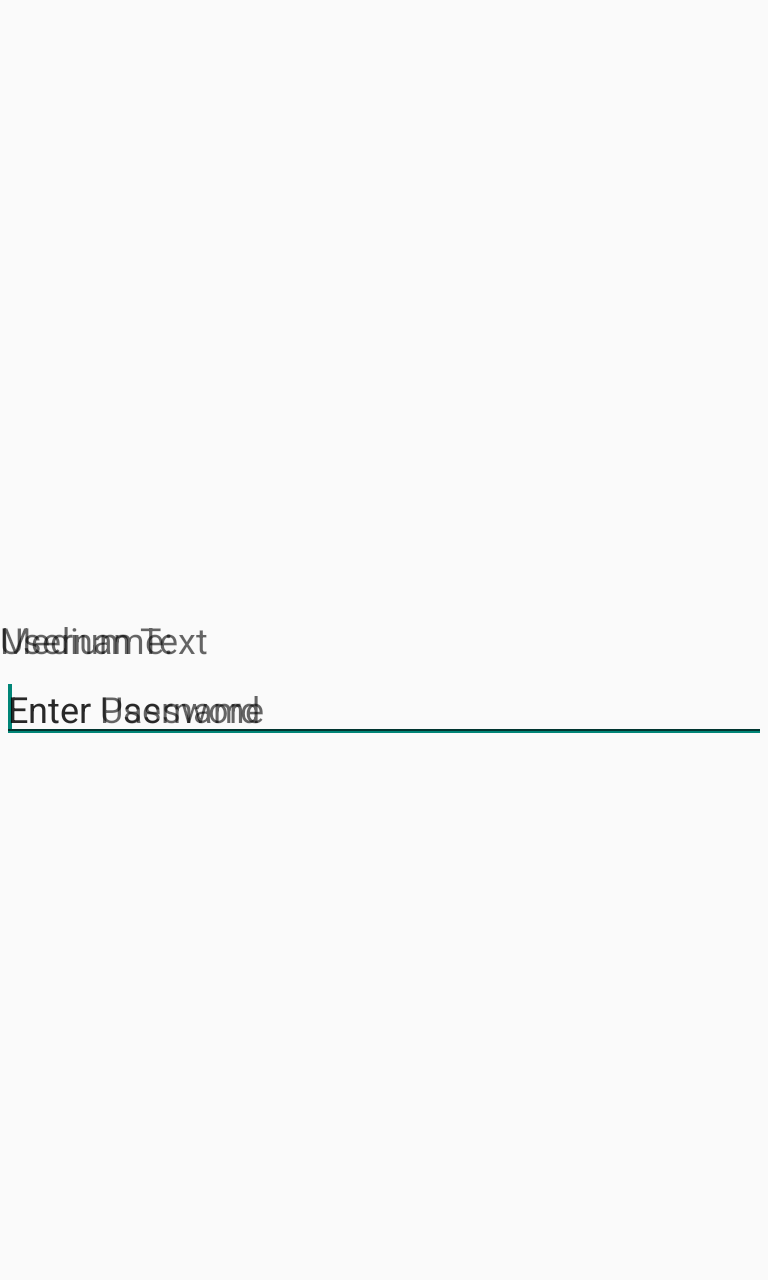
Repository: japheth-starita/DoorLockSystem
Layout: DoorLockSystem/res/layout/activity_login_device_man.xml
An editor plug-in stored every save of this project. The layout is shown before and after the next save, followed by the edit.
It is drawn on a 768 x 1280 px phone screen (xhdpi) without system bars, with theme AppTheme; the app's code is not run.

Above is the layout before, as saved 2015-11-20 12:43:06.

### DoorLockSystem/res/layout/activity_login_device_man.xml
<?xml version="1.0" encoding="utf-8"?>
<RelativeLayout xmlns:android="http://schemas.android.com/apk/res/android"
    android:layout_width="match_parent"
    android:layout_height="match_parent"
    android:orientation="vertical" >

    <TextView
        android:id="@+id/Username"
        android:layout_above="@+id/user"
        android:layout_width="wrap_content"
        android:layout_height="wrap_content"
        android:text="Username: "
        android:textAppearance="?android:attr/textAppearanceMedium" />

    <EditText
        android:id="@+id/user"
        android:layout_below="@+id/Password"
        android:layout_width="match_parent"
        android:layout_height="wrap_content"
        android:ems="10"
        android:hint="Enter Username">
        <requestFocus/>
    </EditText>

    <TextView
        android:id="@+id/Password"
        android:layout_centerVertical="true"
        android:layout_width="wrap_content"
        android:layout_height="wrap_content"
        android:text="Medium Text"
        android:textAppearance="?android:attr/textAppearanceMedium" />

    <EditText
        android:id="@+id/pw"
        android:layout_below="@+id/Password"
        android:layout_width="match_parent"
        android:layout_height="wrap_content"
        android:ems="10"
        android:inputType="textPassword"
        android:hint="Enter Password" />

</RelativeLayout>

Loaded but not shown: DoorLockSystem/res/values/styles.xml (common file); DoorLockSystem/res/values-v11/styles.xml (common file); DoorLockSystem/res/values-v14/styles.xml (common file)

After the next save:
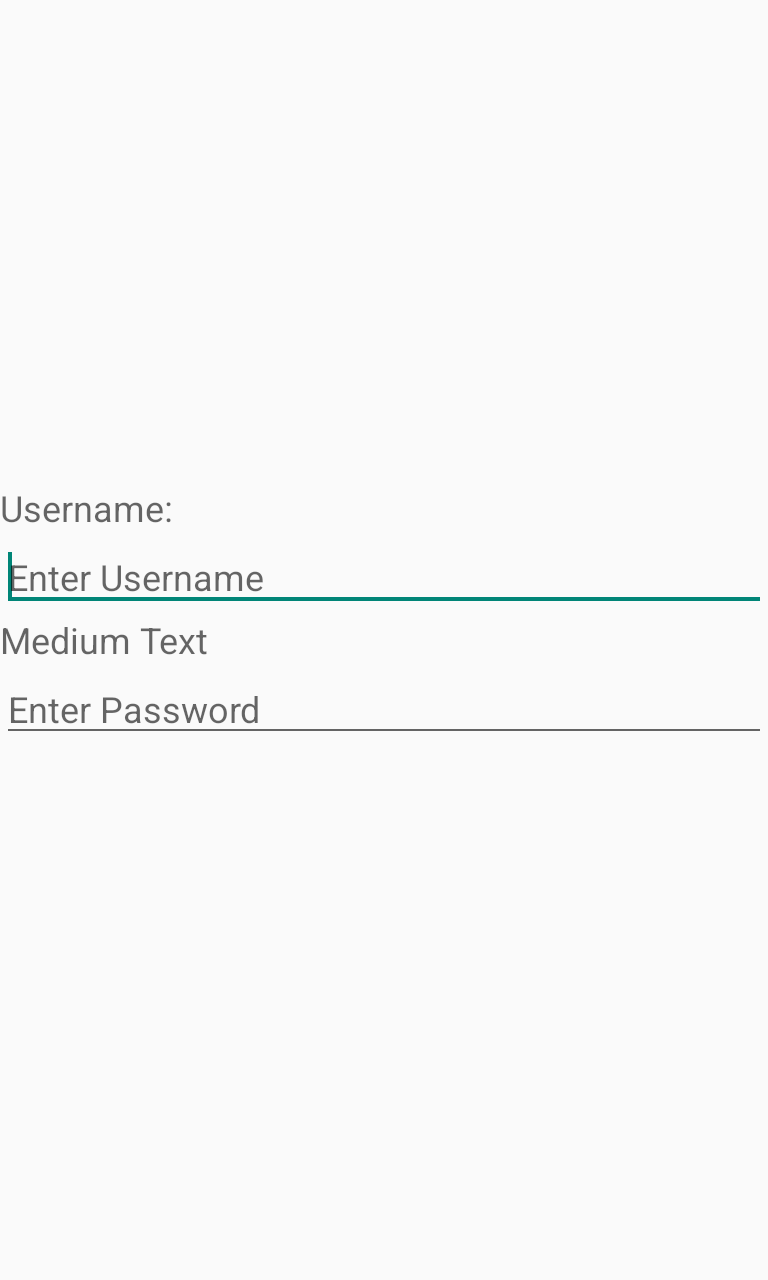
Saved 11 s later.
--- a/DoorLockSystem/res/layout/activity_login_device_man.xml
+++ b/DoorLockSystem/res/layout/activity_login_device_man.xml
@@ -14,7 +14,7 @@
 
     <EditText
         android:id="@+id/user"
-        android:layout_below="@+id/Password"
+        android:layout_above="@+id/Password"
         android:layout_width="match_parent"
         android:layout_height="wrap_content"
         android:ems="10"
